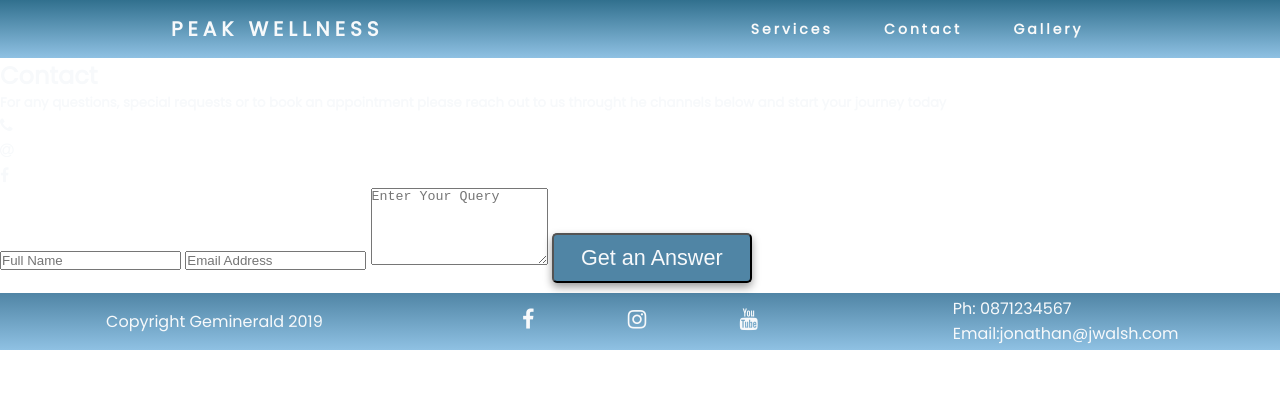
Repository: geminerald/peakwellness
Page: contact.html
The author's editor kept a record of every edit. The page is drawn from the files as they stood at one moment, then again after the next edit.
The browser window is 1280 px wide. The pictures show the whole page.

Above is the page before.

After the next edit:
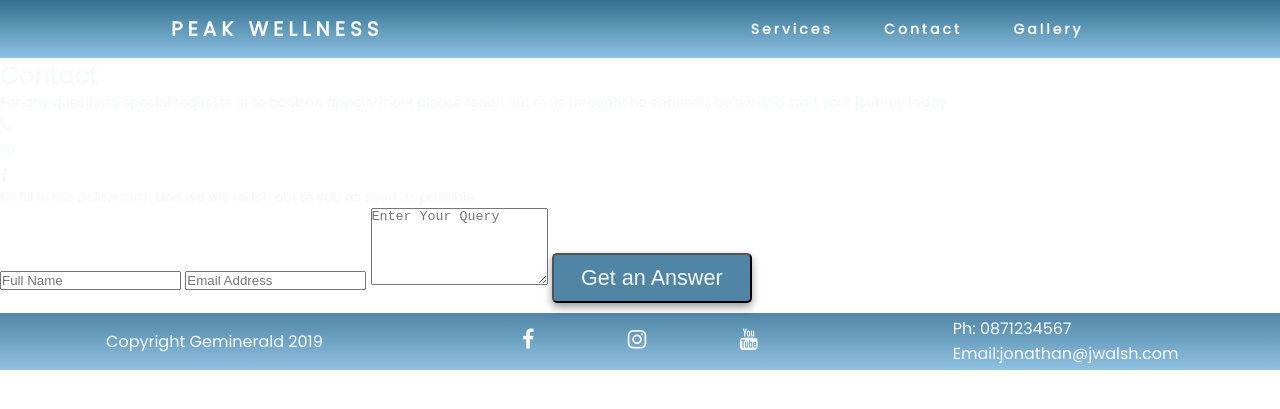
The edit:
--- a/contact.html
+++ b/contact.html
@@ -46,7 +46,8 @@
                 <div class="contact"><i class="fa fa-at"></i></div>
                 <div class="contact"><i class="fa fa-facebook"></i></div>
             </div>
-            <div class="center-form">
+            <div class="form">
+                <h5>Or fill in the below form and we will reach out to you as soon as possible</h5>
                 <form>
                     <input type="text" name="Name" Class="form-control" id="fullname" placeholder="Full Name" required />
                     <input type="email" name="emailaddress" Class="form-control" id="emailaddress" placeholder="Email Address" />
